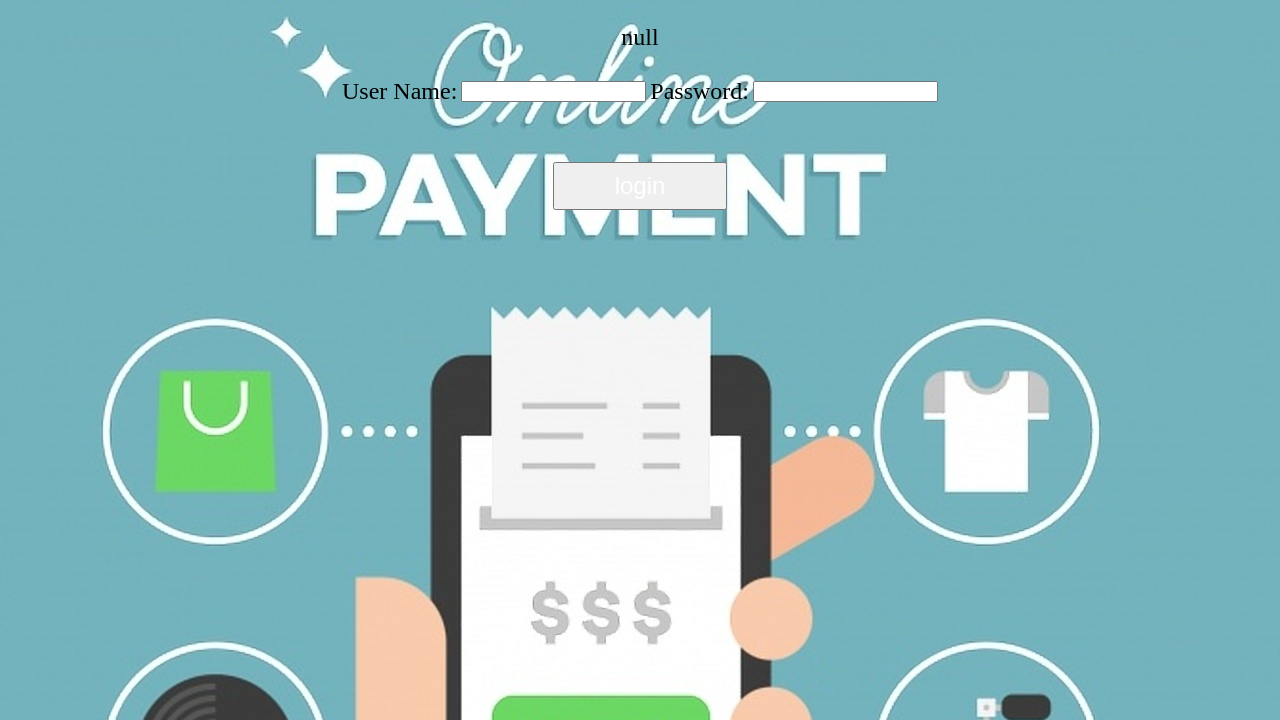
Repository: shaharyar-shamshi/crossplatform
Page: http://localhost/transaction/loginfailed.jsp
An editor plug-in stored every save of this project. The page is shown before and after the next save, followed by the edit.
The browser window is 1280 px wide. The pictures show the whole page.
The page is served by Tomcat 9.

Above is the page before, as saved 2018-02-03 12:15:02.

After the next save:
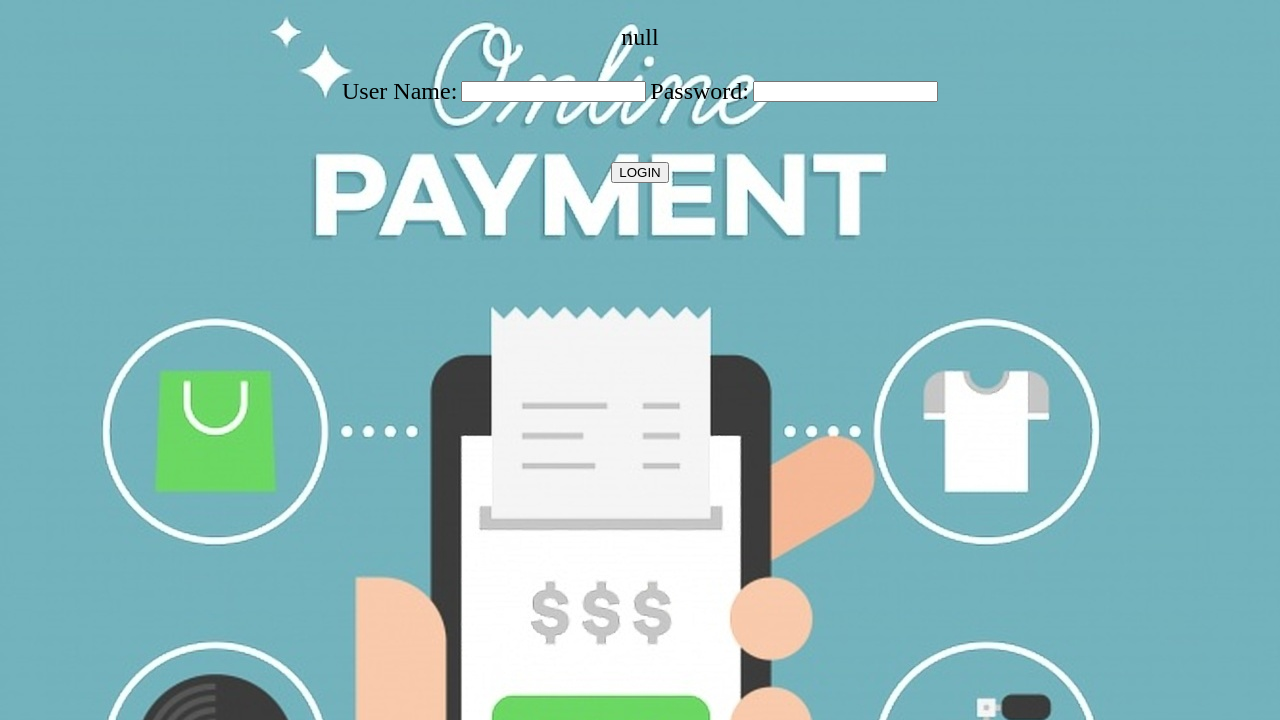
Saved 119 s later.
--- a/transaction/WebContent/loginfailed.jsp
+++ b/transaction/WebContent/loginfailed.jsp
@@ -33,7 +33,7 @@ User Name:
 </table>
 <br><br>
 
-<input class="login-btn" type="submit" value="login" style="color: white; padding: 8px 60px; background-color: green align="center" />
+<button class="btn btn-primary">LOGIN</button>
 </form>
 
 </body>
